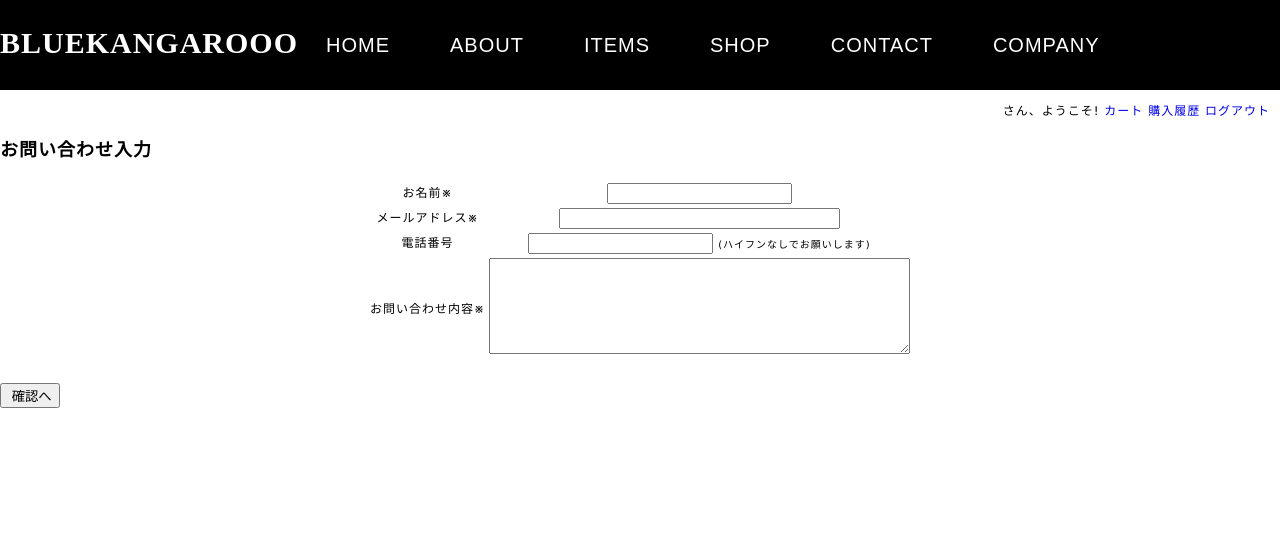
Repository: xiezom/test
Page: http://localhost/ecsite/contact.jsp
An editor plug-in stored every save of this project. The page is shown before and after the next save, followed by the edit.
The browser window is 1280 px wide. The pictures show the whole page.
Some web libraries are served in a nearby version. The page is served by Tomcat 9.

Above is the page before, as saved 2019-03-29 05:30:53.

After the next save:
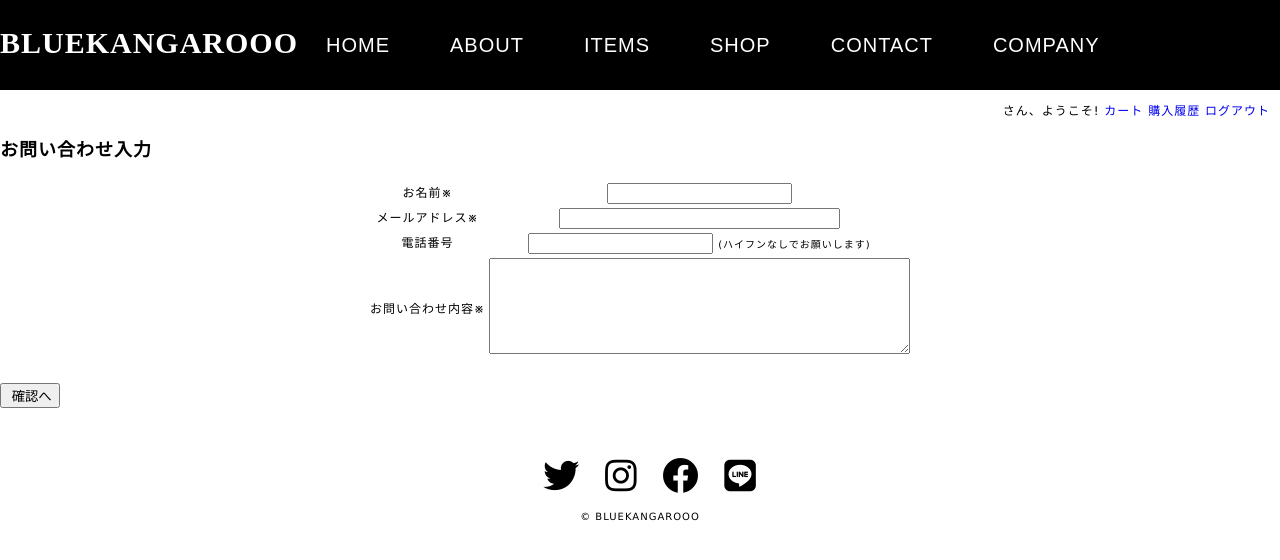
Saved 2 min 41 s later.
--- a/ecsite/WebContent/contact.jsp
+++ b/ecsite/WebContent/contact.jsp
@@ -25,7 +25,7 @@
 
 </head>
 <body>
-<div class="header">
+	<div class="header">
 		<h1 class="logo">BLUEKANGAROOO</h1>
 		<ul>
             <li><a href='<s:url action="GoHomeAction"/>'>HOME</a></li>
@@ -38,15 +38,15 @@
 
 	</div>
 	<div>
-    <p class="welcome">
+    	<p class="welcome">
 	        <s:property value="session.user_name"/>さん、ようこそ!
 	        <a href='<s:url action="MyCartAction"/>'>カート</a>
 	        <a href='<s:url action="MyPageAction" />'>購入履歴</a>
 	        <a href='<s:url action="LogoutAction" />'>ログアウト</a>
-    </p>
+    	</p>
 	</div>
 	<div id="container">
-	<div id="contact" class="contents">
+		<div id="contact" class="contents">
 		<form name="contactForm" method="post" action="./contact.php" class="ContactForm">
 			<!-- お問い合わせ内容-->
 			<div id="contactInfos">
@@ -109,12 +109,24 @@
 
 		     </div><!-- お問い合わせ内容-->
 		</form>
-	</div><!-- //contact -->
-</div><!-- //container -->
+		</div>
+	</div>
 
-<footer>
-
-</footer>
+	<div class="footer">
+	<nav>
+		<ul class="social">
+			<li><a href="https://twitter.com/brue61663564" target="_blank"><i class="fab fa-twitter fa-3x"></i></a>
+			</li>
+			<li><a href="" target="_blank"><i class="fab fa-instagram fa-3x"></i></a>
+			</li>
+			<li><a href="" target="_blank"><i class="fab fa-facebook fa-3x"></i></a>
+			</li>
+			<li><a href="" target="_blank"><i class="fab fa-line fa-3x"></i></a>
+			</li>
+		</ul>
+	</nav>
+		<p class="copy"><small>&copy; BLUEKANGAROOO</small></p>
+	</div>
 
 </body>
 </html>
